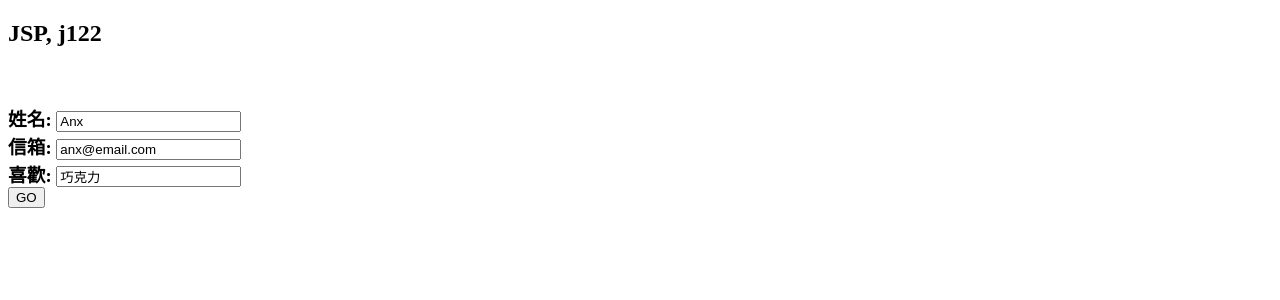
Repository: anxhuang/Java_Web
Page: http://localhost/code/j122.jsp
These files come from the project's save history. The page is drawn as it stood at one moment and after the next save; the edit follows.
The browser window is 1280 px wide. The pictures show the whole page.
The page is served by Tomcat 9. Other server files are loaded and not shown.

Above is the page before, as saved 2018-07-12 13:24:44.

### code/WebContent/j122.jsp
<%@ page language="java" pageEncoding="UTF-8"%>
<!DOCTYPE html PUBLIC "-//W3C//DTD HTML 4.01 Transitional//EN" "http://www.w3.org/TR/html4/loose.dtd">
<html>
<head>
<title>j122</title>
</head>
<body>

	<h2>JSP, j122</h2><br>

	<h3>
		<form action="S122">
			姓名: <input type="text" name="user" value="Anx"><br>
			信箱: <input type="text" name="email" value="anx@email.com"><br>
			喜歡: <input type="text" name="like" value="巧克力"><br>
			<input type="submit" value="GO">
		</form>
	</h3>
</body>
</html>

After the next save:
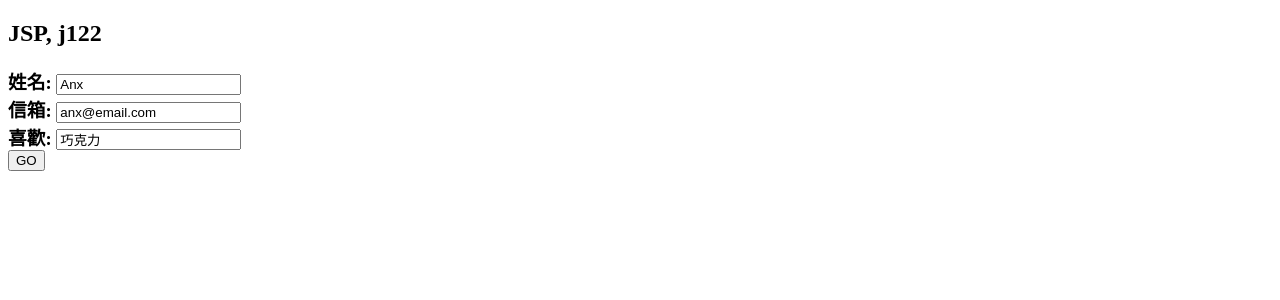
Saved 10 s later.
--- a/code/WebContent/j122.jsp
+++ b/code/WebContent/j122.jsp
@@ -6,7 +6,7 @@
 </head>
 <body>
 
-	<h2>JSP, j122</h2><br>
+	<h2>JSP, j122</h2>
 
 	<h3>
 		<form action="S122">
